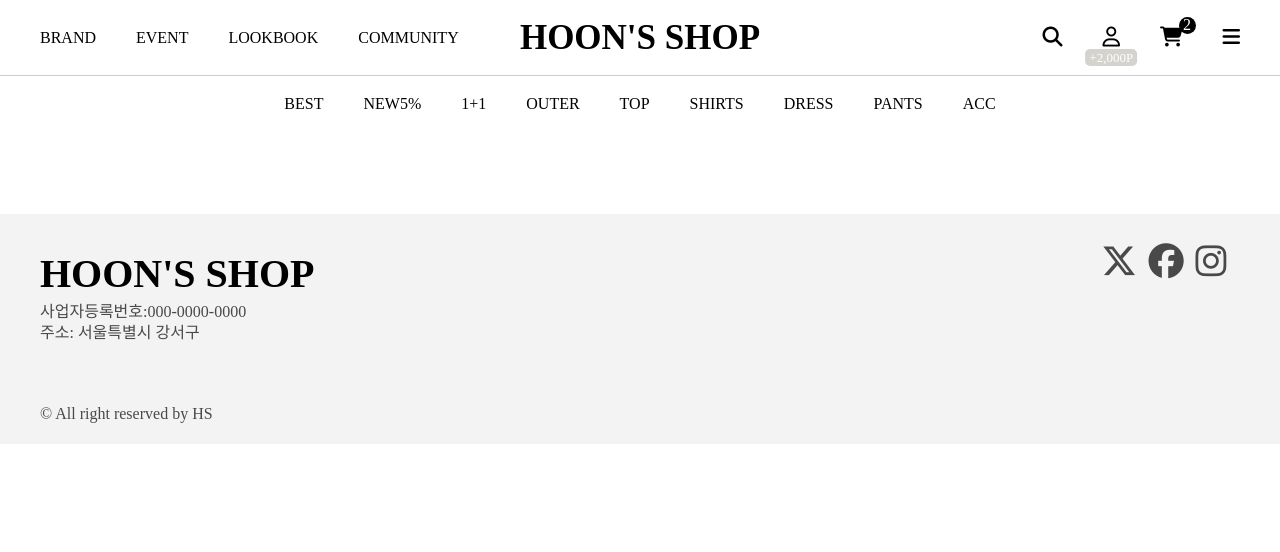
Repository: Iimchaehoon/cafeProject
Page: login.html
The author's editor kept a copy of each file at every save. The page is drawn from the files as they stood at one save, then again after the next save.
The browser window is 1280 px wide. The pictures show the whole page.
Some web fonts or font styles are not loaded; a fallback is used. Some web libraries are served in a nearby version.

Above is the page before, as saved 2024-07-28 23:46:59.

After the next save:
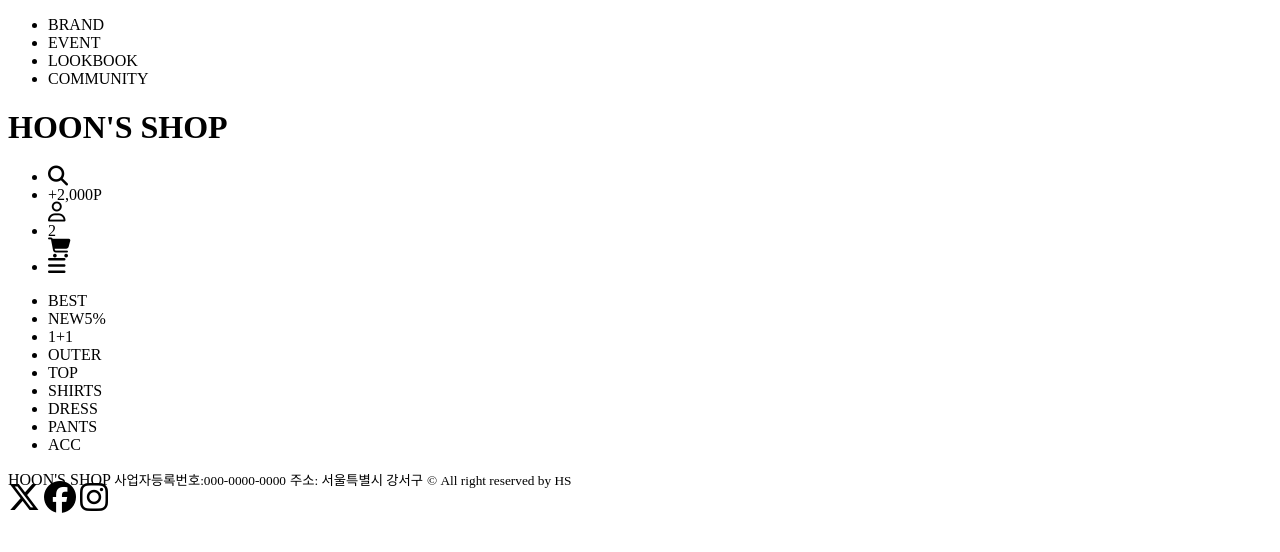
Saved 41 s later.
--- a/login.html
+++ b/login.html
@@ -4,7 +4,7 @@
     <meta charset="UTF-8" />
     <meta name="viewport" content="width=device-width, initial-scale=1.0" />
     <title>Document</title>
-    <link rel="stylesheet" href="/src/css/pages/main.css" />
+    <link rel="stylesheet" href="/src/css/pages/login.css" />
     <script
       src="https://kit.fontawesome.com/1e606f2a97.js"
       crossorigin="anonymous"
